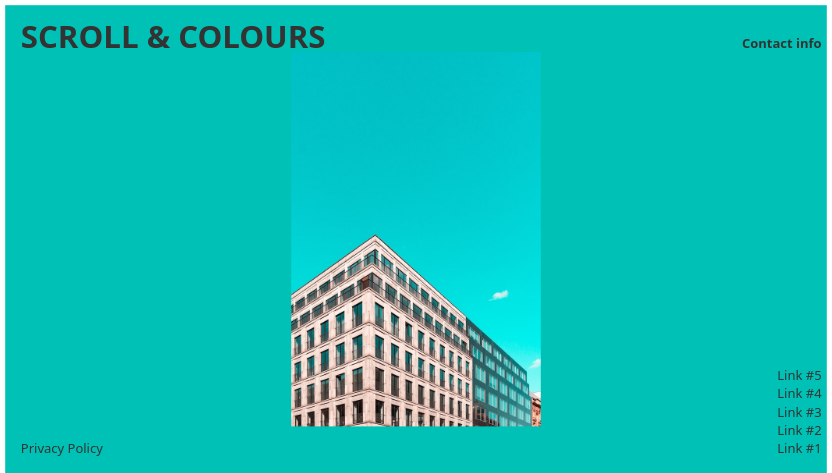
Repository: chelle-c/smooth-scroll-colours
Page: /
The author's editor kept a copy of each file at every save. The page is drawn from the files as they stood at one save, then again after the next save.
The browser window is 1280 px wide. The pictures show the whole page, at 65% of full size.
The project was rebuilt for these pictures with package versions that can differ from the ones it lists, and the page was loaded fresh each time. Imported but missing from the stored project, and not drawn on this page: images.

Above is the page before, as saved 2022-09-19 17:11:25.

### src/App.svelte
<script>
	import '/images/';
</script>

<main class="min-w-full min-h-screen fixed flex flex-col justify-between p-6">
	<div class="flex flex-row justify-between items-baseline">
		<div><h1 class='font-sans font-bold text-5xl uppercase'>Scroll & Colours</h1></div>
		<div class='font-sans font-bold text-xl'>Contact info</div>
	</div>
	<div class="flex flex-row justify-between items-end">
		<div class='font-sans text-xl'>Privacy Policy</div>
		<div class='font-sans text-xl'>
			<ul>
				<li><a href="#section5">Link #5</a></li>
				<li><a href="#section4">Link #4</a></li>
				<li><a href="#section3">Link #3</a></li>
				<li><a href="#section2">Link #2</a></li>
				<li><a href="#section1">Link #1</a></li>
			</ul>
		</div>
	</div>
</main>

<section id='section5' class='min-w-full min-h-screen flex justify-center items-center scroll-start'>
	<div class='container-sm flex'><img class='w-96' src='/images/image-turquoise.jpg' alt='White building against turqoise sky'/></div>
</section>

<style global lang="postcss">
	@tailwind base;
	@tailwind components;
	@tailwind utilities;

	:global(body) {
		padding: 0;
		scroll-snap-type: y mandatory;
	}

	#section5 {
		background: #00c1b5
	}
</style>

### tailwind.config.js
/** @type {import('tailwindcss').Config} */
const production = !process.env.ROLLUP_WATCH;
module.exports = {
	future: {
		purgeLayersByDefault: true,
		removeDeprecatedGapUtilities: true,
	},
	purge: {
		content: ['./src/**/*.svelte'],
		enabled: production, // disable purge in dev
	},
	content: [],
	theme: {
		extend: {},
	},
	plugins: [],
};

### public/global.css
html, body {
	position: relative;
	width: 100%;
	height: 100%;
}

body {
	color: #333;
	margin: 0;
	padding: 8px;
	box-sizing: border-box;
	font-family: -apple-system, BlinkMacSystemFont, "Segoe UI", Roboto, Oxygen-Sans, Ubuntu, Cantarell, "Helvetica Neue", sans-serif;
}

a {
	color: rgb(0,100,200);
	text-decoration: none;
}

a:hover {
	text-decoration: underline;
}

a:visited {
	color: rgb(0,80,160);
}

label {
	display: block;
}

input, button, select, textarea {
	font-family: inherit;
	font-size: inherit;
	-webkit-padding: 0.4em 0;
	padding: 0.4em;
	margin: 0 0 0.5em 0;
	box-sizing: border-box;
	border: 1px solid #ccc;
	border-radius: 2px;
}

input:disabled {
	color: #ccc;
}

button {
	color: #333;
	background-color: #f4f4f4;
	outline: none;
}

button:disabled {
	color: #999;
}

button:not(:disabled):active {
	background-color: #ddd;
}

button:focus {
	border-color: #666;
}

Loaded but not shown: public/index.html (common file); src/main.js (common file)

After the next save:
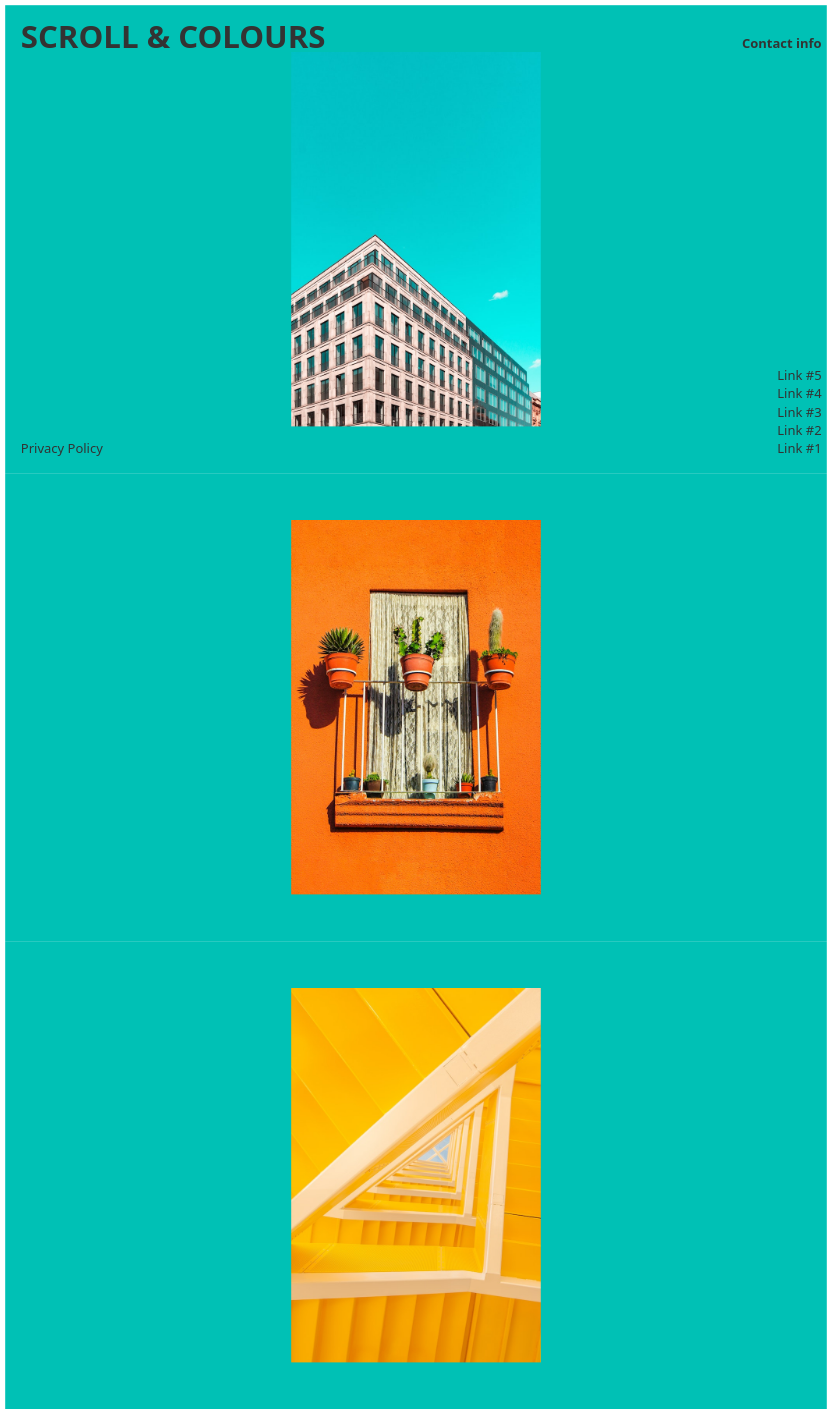
Saved 2 min 24 s later.
--- a/src/App.svelte
+++ b/src/App.svelte
@@ -25,6 +25,14 @@
 	<div class='container-sm flex'><img class='w-96' src='/images/image-turquoise.jpg' alt='White building against turqoise sky'/></div>
 </section>
 
+<section id='section5' class='min-w-full min-h-screen flex justify-center items-center scroll-start'>
+	<div class='container-sm flex'><img class='w-96' src='/images/image-orange.jpg' alt='White building against turqoise sky'/></div>
+</section>
+
+<section id='section5' class='min-w-full min-h-screen flex justify-center items-center scroll-start'>
+	<div class='container-sm flex'><img class='w-96' src='/images/image-yellow.jpg' alt='White building against turqoise sky'/></div>
+</section>
+
 <style global lang="postcss">
 	@tailwind base;
 	@tailwind components;
@@ -38,4 +46,20 @@
 	#section5 {
 		background: #00c1b5
 	}
+
+	#section4 {
+		background: #ff651a
+	}
+
+	#section3 {
+		background: #ffbe00
+	}
+
+	#section2 {
+		background: #1d3fbb
+	}
+
+	#section1 {
+		background: #e30512
+	}
 </style>
